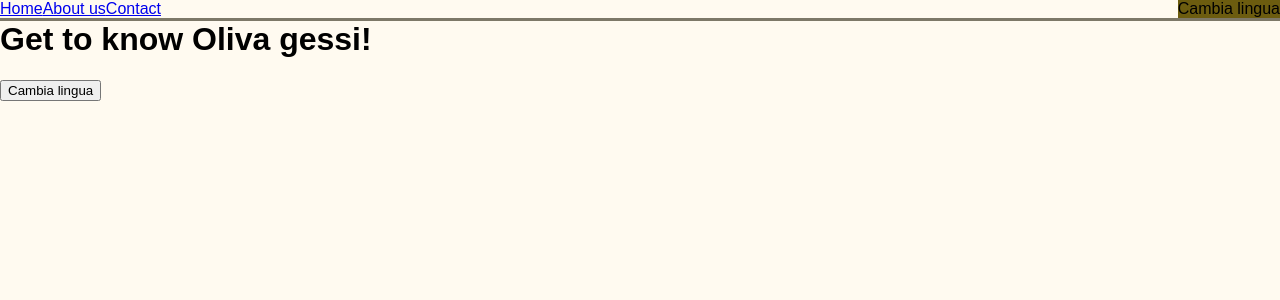
Repository: Seaside-Jokers/Oliva-gessi
Page: index.html
These files come from the project's save history. The page is drawn as it stood at one moment and after a run of saves; the edit follows.
The browser window is 1280 px wide. The pictures show the whole page.

Above is the page before, as saved 2026-02-16 19:18:15.

### index.html
<!DOCTYPE html>
<html lang="it">
<head>
    <meta charset="UTF-8">
    <title>Oliva gessi</title>
    <link rel="stylesheet" href="src/style.css">
</head>
<body>
    <nav class="navbar">
        <a href="#" data-key="home">Home</a>
        <a href="#" data-key="about">Chi siamo</a>
        <a href="#" data-key="contact">Contatti</a>
        <a onclick="changeState()" data-key="change-language" class="change-language">
            Cambia lingua</a>
    </nav>

    <h1 data-key="titolo">Vieni a conoscere Oliva Gessi!</h1>
    <button onclick="changeState()" type="button">Cambia lingua</button>

    <!-- - - - - - - - - - - - - - - - - - - - - - - - - - - - - - - - - - - - -->
    <!--                              DO NOT TOUCH                             -->
    <!-- - - - - - - - - - - - - - - - - - - - - - - - - - - - - - - - - - - - -->
    <script src="src/database_testo.js"></script>
    <script src="src/color_scheme.js"></script>
</body>

<!-- TODO: leggi questo commento e poi eliminalo per favore: quando vuoi aggiungere un nuovo testo modificalo in src/database_testo.js -->
</html>

### src/style.css
body {
    font-family: 'Montserrat', sans-serif;
    margin: 0;
    padding: 0;
    background-color: var(--colors-background);
}
.navbar {
    display: flex;
    overflow: hidden;
    background-color: var(--colors-surface);
    outline: 3px solid var(--colors-outline);
    position: fixed;
    top: 0;
    width: 100%;
}

.change-language {
    background-color: var(--colors-primary);
    color: var(--colors-onPrimary);
    border: none;
    padding: 0px, 20px;
    cursor: pointer;
    font-size: 16px;
    margin-left: auto;
}

/*
    Fonts: https://ctrl-z.it/9-font-architettura-tavole-portfolio https://material-f/
    Design: foundation.github.io/material-theme-builder/
    Fonts: Playfair Display (titoli), Montserrat (testo normale)
*/

### src/database_testo.js
const traduzioni = {
    "it": {
        titolo: "Vieni a conoscere Oliva gessi!",
        home: "Home",
        about: "Chi siamo",
        contact: "Contatti"
    },
    "en": {
        titolo: "Get to know Oliva gessi!",
        home: "Home",
        about: "About us",
        contact: "Contact"
    }
}



/* -------------------------------------------------------------------------- */
/*                                DO NOT TOUCH                                */
/* -------------------------------------------------------------------------- */
var state =  getDefaultLang();

function aggiornaInterfaccia() {
    const elementi = document.querySelectorAll('[data-key]');

    elementi.forEach(el => {
        const chiave = el.getAttribute('data-key');
        const testoTradotto = traduzioni[state][chiave];

        if (testoTradotto) {
            el.textContent = testoTradotto;
        }
    });
}

/* -------------------------------------------------------------------------- */
/*                            Cambiamenti di stato                            */
/* -------------------------------------------------------------------------- */
function getDefaultLang() {
    if(navigator.language.substring(0, 2) === "en")
        return "en";

    return "it";
}
function defaultState() {
    state = getDefaultLang();
    aggiornaInterfaccia();
    return true;
}
function changeStateTo(_state) {
    if(_state !== "it" && _state !== "en") {
        defaultState();
        return;
    }
    state = _state;
    aggiornaInterfaccia();
}
function changeState() {
    if(state === "it")
        changeStateTo("en");
    else
        changeStateTo("it");
}

document.addEventListener("DOMContentLoaded", aggiornaInterfaccia);

### src/color_scheme.js
const ThemeManager = (() => {
    const colorScheme = {
        "light": {
            "primary": "hsl(50, 76%, 24%)",
            "surfaceTint": "hsl(50, 76%, 24%)",
            "onPrimary": "hsl(0, 0%, 100%)",
            "primaryContainer": "hsl(48, 89%, 75%)",
            "onPrimaryContainer": "hsl(51, 100%, 16%)",
            "secondary": "hsl(47, 23%, 33%)",
            "onSecondary": "hsl(0, 0%, 100%)",
            "secondaryContainer": "hsl(46, 60%, 84%)",
            "onSecondaryContainer": "hsl(48, 30%, 24%)",
            "tertiary": "hsl(139, 21%, 33%)",
            "onTertiary": "hsl(0, 0%, 100%)",
            "tertiaryContainer": "hsl(134, 51%, 85%)",
            "onTertiaryContainer": "hsl(141, 28%, 24%)",
            "error": "hsl(0, 75%, 42%)",
            "onError": "hsl(0, 0%, 100%)",
            "errorContainer": "hsl(6, 100%, 92%)",
            "onErrorContainer": "hsl(356, 100%, 29%)",
            "background": "hsl(39, 100%, 97%)",
            "onBackground": "hsl(44, 22%, 10%)",
            "surface": "hsl(39, 100%, 97%)",
            "onSurface": "hsl(44, 22%, 10%)",
            "surfaceVariant": "hsl(42, 38%, 87%)",
            "onSurfaceVariant": "hsl(47, 14%, 26%)",
            "outline": "hsl(46, 9%, 45%)",
            "outlineVariant": "hsl(43, 20%, 75%)",
            "shadow": "hsl(0, 0%, 0%)",
            "scrim": "hsl(0, 0%, 0%)",
            "inverseSurface": "hsl(45, 13%, 18%)",
            "inverseOnSurface": "hsl(40, 57%, 93%)",
            "inversePrimary": "hsl(48, 60%, 65%)",
            "primaryFixed": "hsl(48, 89%, 75%)",
            "onPrimaryFixed": "hsl(48, 100%, 7%)",
            "primaryFixedDim": "hsl(48, 60%, 65%)",
            "onPrimaryFixedVariant": "hsl(51, 100%, 16%)",
            "secondaryFixed": "hsl(46, 60%, 84%)",
            "onSecondaryFixed": "hsl(48, 78%, 7%)",
            "secondaryFixedDim": "hsl(46, 34%, 73%)",
            "onSecondaryFixedVariant": "hsl(48, 30%, 24%)",
            "tertiaryFixed": "hsl(134, 51%, 85%)",
            "onTertiaryFixed": "hsl(147, 100%, 6%)",
            "tertiaryFixedDim": "hsl(135, 29%, 74%)",
            "onTertiaryFixedVariant": "hsl(141, 28%, 24%)",
            "surfaceDim": "hsl(39, 24%, 84%)",
            "surfaceBright": "hsl(39, 100%, 97%)",
            "surfaceContainerLowest": "hsl(0, 0%, 100%)",
            "surfaceContainerLow": "hsl(40, 68%, 94%)",
            "surfaceContainer": "hsl(40, 49%, 92%)",
            "surfaceContainerHigh": "hsl(42, 37%, 89%)",
            "surfaceContainerHighest": "hsl(42, 30%, 87%)"
        },
        "light-medium-contrast": {
            "primary": "hsl(51, 100%, 13%)",
            "surfaceTint": "hsl(50, 76%, 24%)",
            "onPrimary": "hsl(0, 0%, 100%)",
            "primaryContainer": "hsl(49, 61%, 30%)",
            "onPrimaryContainer": "hsl(0, 0%, 100%)",
            "secondary": "hsl(49, 38%, 17%)",
            "onSecondary": "hsl(0, 0%, 100%)",
            "secondaryContainer": "hsl(48, 20%, 38%)",
            "onSecondaryContainer": "hsl(0, 0%, 100%)",
            "tertiary": "hsl(143, 39%, 17%)",
            "onTertiary": "hsl(0, 0%, 100%)",
            "tertiaryContainer": "hsl(139, 18%, 39%)",
            "onTertiaryContainer": "hsl(0, 0%, 100%)",
            "error": "hsl(357, 100%, 23%)",
            "onError": "hsl(0, 0%, 100%)",
            "errorContainer": "hsl(2, 68%, 48%)",
            "onErrorContainer": "hsl(0, 0%, 100%)",
            "background": "hsl(39, 100%, 97%)",
            "onBackground": "hsl(44, 22%, 10%)",
            "surface": "hsl(39, 100%, 97%)",
            "onSurface": "hsl(48, 36%, 5%)",
            "surfaceVariant": "hsl(42, 38%, 87%)",
            "onSurfaceVariant": "hsl(46, 17%, 19%)",
            "outline": "hsl(44, 12%, 30%)",
            "outlineVariant": "hsl(45, 10%, 41%)",
            "shadow": "hsl(0, 0%, 0%)",
            "scrim": "hsl(0, 0%, 0%)",
            "inverseSurface": "hsl(45, 13%, 18%)",
            "inverseOnSurface": "hsl(40, 57%, 93%)",
            "inversePrimary": "hsl(48, 60%, 65%)",
            "primaryFixed": "hsl(49, 61%, 30%)",
            "onPrimaryFixed": "hsl(0, 0%, 100%)",
            "primaryFixedDim": "hsl(51, 94%, 20%)",
            "onPrimaryFixedVariant": "hsl(0, 0%, 100%)",
            "secondaryFixed": "hsl(48, 20%, 38%)",
            "onSecondaryFixed": "hsl(0, 0%, 100%)",
            "secondaryFixedDim": "hsl(49, 25%, 29%)",
            "onSecondaryFixedVariant": "hsl(0, 0%, 100%)",
            "tertiaryFixed": "hsl(139, 18%, 39%)",
            "onTertiaryFixed": "hsl(0, 0%, 100%)",
            "tertiaryFixedDim": "hsl(139, 23%, 29%)",
            "onTertiaryFixedVariant": "hsl(0, 0%, 100%)",
            "surfaceDim": "hsl(41, 16%, 76%)",
            "surfaceBright": "hsl(39, 100%, 97%)",
            "surfaceContainerLowest": "hsl(0, 0%, 100%)",
            "surfaceContainerLow": "hsl(40, 68%, 94%)",
            "surfaceContainer": "hsl(42, 37%, 89%)",
            "surfaceContainerHigh": "hsl(39, 26%, 85%)",
            "surfaceContainerHighest": "hsl(41, 19%, 81%)"
        },
        "light-high-contrast": {
            "primary": "hsl(50, 100%, 10%)",
            "surfaceTint": "hsl(50, 76%, 24%)",
            "onPrimary": "hsl(0, 0%, 100%)",
            "primaryContainer": "hsl(50, 100%, 17%)",
            "onPrimaryContainer": "hsl(0, 0%, 100%)",
            "secondary": "hsl(49, 47%, 13%)",
            "onSecondary": "hsl(0, 0%, 100%)",
            "secondaryContainer": "hsl(48, 28%, 25%)",
            "onSecondaryContainer": "hsl(0, 0%, 100%)",
            "tertiary": "hsl(146, 52%, 13%)",
            "onTertiary": "hsl(0, 0%, 100%)",
            "tertiaryContainer": "hsl(141, 27%, 25%)",
            "onTertiaryContainer": "hsl(0, 0%, 100%)",
            "error": "hsl(357, 100%, 19%)",
            "onError": "hsl(0, 0%, 100%)",
            "errorContainer": "hsl(356, 100%, 30%)",
            "onErrorContainer": "hsl(0, 0%, 100%)",
            "background": "hsl(39, 100%, 97%)",
            "onBackground": "hsl(44, 22%, 10%)",
            "surface": "hsl(39, 100%, 97%)",
            "onSurface": "hsl(0, 0%, 0%)",
            "surfaceVariant": "hsl(42, 38%, 87%)",
            "onSurfaceVariant": "hsl(0, 0%, 0%)",
            "outline": "hsl(48, 19%, 15%)",
            "outlineVariant": "hsl(47, 13%, 27%)",
            "shadow": "hsl(0, 0%, 0%)",
            "scrim": "hsl(0, 0%, 0%)",
            "inverseSurface": "hsl(45, 13%, 18%)",
            "inverseOnSurface": "hsl(0, 0%, 100%)",
            "inversePrimary": "hsl(48, 60%, 65%)",
            "primaryFixed": "hsl(50, 100%, 17%)",
            "onPrimaryFixed": "hsl(0, 0%, 100%)",
            "primaryFixedDim": "hsl(50, 100%, 12%)",
            "onPrimaryFixedVariant": "hsl(0, 0%, 100%)",
            "secondaryFixed": "hsl(48, 28%, 25%)",
            "onSecondaryFixed": "hsl(0, 0%, 100%)",
            "secondaryFixedDim": "hsl(49, 41%, 16%)",
            "onSecondaryFixedVariant": "hsl(0, 0%, 100%)",
            "tertiaryFixed": "hsl(141, 27%, 25%)",
            "onTertiaryFixed": "hsl(0, 0%, 100%)",
            "tertiaryFixedDim": "hsl(145, 43%, 16%)",
            "onTertiaryFixedVariant": "hsl(0, 0%, 100%)",
            "surfaceDim": "hsl(41, 13%, 71%)",
            "surfaceBright": "hsl(39, 100%, 97%)",
            "surfaceContainerLowest": "hsl(0, 0%, 100%)",
            "surfaceContainerLow": "hsl(40, 57%, 93%)",
            "surfaceContainer": "hsl(42, 30%, 87%)",
            "surfaceContainerHigh": "hsl(42, 21%, 82%)",
            "surfaceContainerHighest": "hsl(41, 16%, 76%)"
        },
        "dark": {
            "primary": "hsl(48, 60%, 65%)",
            "surfaceTint": "hsl(48, 60%, 65%)",
            "onPrimary": "hsl(50, 100%, 11%)",
            "primaryContainer": "hsl(51, 100%, 16%)",
            "onPrimaryContainer": "hsl(48, 89%, 75%)",
            "secondary": "hsl(46, 34%, 73%)",
            "onSecondary": "hsl(49, 42%, 15%)",
            "secondaryContainer": "hsl(48, 30%, 24%)",
            "onSecondaryContainer": "hsl(46, 60%, 84%)",
            "tertiary": "hsl(135, 29%, 74%)",
            "onTertiary": "hsl(146, 47%, 15%)",
            "tertiaryContainer": "hsl(141, 28%, 24%)",
            "onTertiaryContainer": "hsl(134, 51%, 85%)",
            "error": "hsl(6, 100%, 84%)",
            "onError": "hsl(357, 100%, 21%)",
            "errorContainer": "hsl(356, 100%, 29%)",
            "onErrorContainer": "hsl(6, 100%, 92%)",
            "background": "hsl(48, 31%, 6%)",
            "onBackground": "hsl(42, 30%, 87%)",
            "surface": "hsl(48, 31%, 6%)",
            "onSurface": "hsl(42, 30%, 87%)",
            "surfaceVariant": "hsl(47, 14%, 26%)",
            "onSurfaceVariant": "hsl(43, 20%, 75%)",
            "outline": "hsl(44, 9%, 55%)",
            "outlineVariant": "hsl(47, 14%, 26%)",
            "shadow": "hsl(0, 0%, 0%)",
            "scrim": "hsl(0, 0%, 0%)",
            "inverseSurface": "hsl(42, 30%, 87%)",
            "inverseOnSurface": "hsl(45, 13%, 18%)",
            "inversePrimary": "hsl(50, 76%, 24%)",
            "primaryFixed": "hsl(48, 89%, 75%)",
            "onPrimaryFixed": "hsl(48, 100%, 7%)",
            "primaryFixedDim": "hsl(48, 60%, 65%)",
            "onPrimaryFixedVariant": "hsl(51, 100%, 16%)",
            "secondaryFixed": "hsl(46, 60%, 84%)",
            "onSecondaryFixed": "hsl(48, 78%, 7%)",
            "secondaryFixedDim": "hsl(46, 34%, 73%)",
            "onSecondaryFixedVariant": "hsl(48, 30%, 24%)",
            "tertiaryFixed": "hsl(134, 51%, 85%)",
            "onTertiaryFixed": "hsl(147, 100%, 6%)",
            "tertiaryFixedDim": "hsl(135, 29%, 74%)",
            "onTertiaryFixedVariant": "hsl(141, 28%, 24%)",
            "surfaceDim": "hsl(48, 31%, 6%)",
            "surfaceBright": "hsl(45, 11%, 21%)",
            "surfaceContainerLowest": "hsl(47, 39%, 5%)",
            "surfaceContainerLow": "hsl(44, 22%, 10%)",
            "surfaceContainer": "hsl(49, 19%, 11%)",
            "surfaceContainerHigh": "hsl(45, 15%, 15%)",
            "surfaceContainerHighest": "hsl(46, 13%, 19%)"
        },
        "dark-medium-contrast": {
            "primary": "hsl(48, 81%, 73%)",
            "surfaceTint": "hsl(48, 60%, 65%)",
            "onPrimary": "hsl(49, 100%, 9%)",
            "primaryContainer": "hsl(49, 44%, 44%)",
            "onPrimaryContainer": "hsl(0, 0%, 0%)",
            "secondary": "hsl(46, 52%, 81%)",
            "onSecondary": "hsl(48, 56%, 11%)",
            "secondaryContainer": "hsl(47, 18%, 52%)",
            "onSecondaryContainer": "hsl(0, 0%, 0%)",
            "tertiary": "hsl(134, 44%, 83%)",
            "onTertiary": "hsl(147, 69%, 10%)",
            "tertiaryContainer": "hsl(137, 15%, 53%)",
            "onTertiaryContainer": "hsl(0, 0%, 0%)",
            "error": "hsl(7, 100%, 90%)",
            "onError": "hsl(358, 100%, 16%)",
            "errorContainer": "hsl(4, 100%, 64%)",
            "onErrorContainer": "hsl(0, 0%, 0%)",
            "background": "hsl(48, 31%, 6%)",
            "onBackground": "hsl(42, 30%, 87%)",
            "surface": "hsl(48, 31%, 6%)",
            "onSurface": "hsl(0, 0%, 100%)",
            "surfaceVariant": "hsl(47, 14%, 26%)",
            "onSurfaceVariant": "hsl(43, 31%, 84%)",
            "outline": "hsl(42, 14%, 67%)",
            "outlineVariant": "hsl(44, 9%, 55%)",
            "shadow": "hsl(0, 0%, 0%)",
            "scrim": "hsl(0, 0%, 0%)",
            "inverseSurface": "hsl(42, 30%, 87%)",
            "inverseOnSurface": "hsl(45, 15%, 15%)",
            "inversePrimary": "hsl(50, 100%, 17%)",
            "primaryFixed": "hsl(48, 89%, 75%)",
            "onPrimaryFixed": "hsl(46, 100%, 4%)",
            "primaryFixedDim": "hsl(48, 60%, 65%)",
            "onPrimaryFixedVariant": "hsl(51, 100%, 13%)",
            "secondaryFixed": "hsl(46, 60%, 84%)",
            "onSecondaryFixed": "hsl(46, 100%, 4%)",
            "secondaryFixedDim": "hsl(46, 34%, 73%)",
            "onSecondaryFixedVariant": "hsl(49, 38%, 17%)",
            "tertiaryFixed": "hsl(134, 51%, 85%)",
            "onTertiaryFixed": "hsl(143, 100%, 4%)",
            "tertiaryFixedDim": "hsl(135, 29%, 74%)",
            "onTertiaryFixedVariant": "hsl(143, 39%, 17%)",
            "surfaceDim": "hsl(48, 31%, 6%)",
            "surfaceBright": "hsl(43, 11%, 25%)",
            "surfaceContainerLowest": "hsl(40, 50%, 2%)",
            "surfaceContainerLow": "hsl(44, 21%, 10%)",
            "surfaceContainer": "hsl(49, 15%, 14%)",
            "surfaceContainerHigh": "hsl(45, 13%, 18%)",
            "surfaceContainerHighest": "hsl(42, 11%, 23%)"
        },
        "dark-high-contrast": {
            "primary": "hsl(47, 100%, 86%)",
            "surfaceTint": "hsl(48, 60%, 65%)",
            "onPrimary": "hsl(0, 0%, 0%)",
            "primaryContainer": "hsl(48, 57%, 63%)",
            "onPrimaryContainer": "hsl(44, 100%, 3%)",
            "secondary": "hsl(46, 89%, 89%)",
            "onSecondary": "hsl(0, 0%, 0%)",
            "secondaryContainer": "hsl(46, 32%, 71%)",
            "onSecondaryContainer": "hsl(44, 100%, 3%)",
            "tertiary": "hsl(134, 80%, 90%)",
            "onTertiary": "hsl(0, 0%, 0%)",
            "tertiaryContainer": "hsl(135, 28%, 72%)",
            "onTertiaryContainer": "hsl(140, 100%, 3%)",
            "error": "hsl(8, 100%, 96%)",
            "onError": "hsl(0, 0%, 0%)",
            "errorContainer": "hsl(7, 100%, 82%)",
            "onErrorContainer": "hsl(358, 100%, 7%)",
            "background": "hsl(48, 31%, 6%)",
            "onBackground": "hsl(42, 30%, 87%)",
            "surface": "hsl(48, 31%, 6%)",
            "onSurface": "hsl(0, 0%, 100%)",
            "surfaceVariant": "hsl(47, 14%, 26%)",
            "onSurfaceVariant": "hsl(0, 0%, 100%)",
            "outline": "hsl(42, 62%, 92%)",
            "outlineVariant": "hsl(42, 18%, 74%)",
            "shadow": "hsl(0, 0%, 0%)",
            "scrim": "hsl(0, 0%, 0%)",
            "inverseSurface": "hsl(42, 30%, 87%)",
            "inverseOnSurface": "hsl(0, 0%, 0%)",
            "inversePrimary": "hsl(50, 100%, 17%)",
            "primaryFixed": "hsl(48, 89%, 75%)",
            "onPrimaryFixed": "hsl(0, 0%, 0%)",
            "primaryFixedDim": "hsl(48, 60%, 65%)",
            "onPrimaryFixedVariant": "hsl(46, 100%, 4%)",
            "secondaryFixed": "hsl(46, 60%, 84%)",
            "onSecondaryFixed": "hsl(0, 0%, 0%)",
            "secondaryFixedDim": "hsl(46, 34%, 73%)",
            "onSecondaryFixedVariant": "hsl(46, 100%, 4%)",
            "tertiaryFixed": "hsl(134, 51%, 85%)",
            "onTertiaryFixed": "hsl(0, 0%, 0%)",
            "tertiaryFixedDim": "hsl(135, 29%, 74%)",
            "onTertiaryFixedVariant": "hsl(143, 100%, 4%)",
            "surfaceDim": "hsl(48, 31%, 6%)",
            "surfaceBright": "hsl(46, 8%, 30%)",
            "surfaceContainerLowest": "hsl(0, 0%, 0%)",
            "surfaceContainerLow": "hsl(49, 19%, 11%)",
            "surfaceContainer": "hsl(45, 13%, 18%)",
            "surfaceContainerHigh": "hsl(45, 11%, 22%)",
            "surfaceContainerHighest": "hsl(46, 10%, 26%)"
        }
    };

    let currentColorScheme = null;
    const STORAGE_KEY = 'user-color-scheme';
    const listeners = [];

    /**
     * Estrae il livello di contrasto dallo schema corrente
     * @param {string} scheme - Nome dello schema (es. 'dark-high-contrast')
     * @returns {string} Il livello di contrasto ('', 'medium-contrast', 'high-contrast')
     */
    function getContrastLevel(scheme) {
        if (scheme.includes('high-contrast')) return 'high-contrast';
        if (scheme.includes('medium-contrast')) return 'medium-contrast';
        return '';
    }

    /**
     * Ottiene lo schema colore preferito dal sistema operativo
     * @returns {string} 'dark' o 'light'
     */
    function getBrowserColorScheme() {
        if (window.matchMedia?.('(prefers-color-scheme: dark)').matches) {
            return 'dark';
        }
        return 'light';
    }

    /**
     * Aggiorna le variabili CSS con i colori dello schema corrente
     */
    function updateThemeColors() {
        const colors = colorScheme[currentColorScheme];
        if (!colors) {
            console.error(`Impossibile trovare i colori per lo schema: ${currentColorScheme}`);
            return;
        }

        const root = document.documentElement;

        // Applica ogni colore come variabile CSS
        for (const [key, value] of Object.entries(colors)) {
            const cssVarName = key.replace(/([A-Z])/g, '-$1').toLowerCase();
            root.style.setProperty(`--colors-${cssVarName}`, value);
        }

        // Notifica i listener del cambio tema
        notifyListeners(currentColorScheme);
    }

    /**
     * Cambia lo schema colore
     * @param {string} scheme - Nome dello schema da applicare
     * @returns {boolean} True se il cambio è avvenuto con successo
     */
    function changeColorScheme(scheme) {
        if (!colorScheme[scheme]) {
            console.error(`Schema colore non valido: ${scheme}`);
            return false;
        }

        currentColorScheme = scheme;
        updateThemeColors();

        // Salva la preferenza in localStorage
        try {
            localStorage.setItem(STORAGE_KEY, scheme);
        } catch (e) {
            console.warn('Impossibile salvare le preferenze tema:', e);
        }

        return true;
    }

    /**
     * Alterna tra modalità chiara e scura mantenendo il livello di contrasto
     */
    function toggleLightDark() {
        const isDark = currentColorScheme.startsWith('dark');
        const contrastLevel = getContrastLevel(currentColorScheme);

        const newScheme = isDark
            ? (contrastLevel ? `light-${contrastLevel}` : 'light')
            : (contrastLevel ? `dark-${contrastLevel}` : 'dark');

        changeColorScheme(newScheme);
    }

    /**
     * Imposta lo schema colore con livello di contrasto opzionale
     * @param {string} scheme - 'light' o 'dark'
     * @param {string} contrastLevel - '', 'medium-contrast' o 'high-contrast'
     */
    function setColorScheme(scheme, contrastLevel = '') {
        const fullScheme = contrastLevel ? `${scheme}-${contrastLevel}` : scheme;
        changeColorScheme(fullScheme);
    }

    /**
     * Registra un listener per i cambiamenti di tema
     * @param {Function} callback - Funzione chiamata quando il tema cambia
     * @returns {Function} Funzione per rimuovere il listener
     */
    function addThemeChangeListener(callback) {
        if (typeof callback !== 'function') {
            console.error('Il listener deve essere una funzione');
            return () => {};
        }

        listeners.push(callback);

        // Restituisce funzione per rimuovere il listener
        return () => {
            const index = listeners.indexOf(callback);
            if (index > -1) {
                listeners.splice(index, 1);
            }
        };
    }

    /**
     * Notifica tutti i listener del cambio tema
     * @param {string} newScheme - Il nuovo schema applicato
     */
    function notifyListeners(newScheme) {
        listeners.forEach(callback => {
            try {
                callback(newScheme);
            } catch (e) {
                console.error('Errore nel listener del tema:', e);
            }
        });
    }

    /**
     * Resetta le preferenze salvate e torna allo schema di sistema
     */
    function resetToSystemPreference() {
        try {
            localStorage.removeItem(STORAGE_KEY);
        } catch (e) {
            console.warn('Impossibile rimuovere le preferenze salvate:', e);
        }

        const systemScheme = getBrowserColorScheme();
        changeColorScheme(systemScheme);
    }

    /**
     * Ottiene tutti gli schemi disponibili
     * @returns {string[]} Array con i nomi di tutti gli schemi disponibili
     */
    function getAvailableSchemes() {
        return Object.keys(colorScheme);
    }

    /**
     * Verifica se lo schema corrente è scuro
     * @returns {boolean} True se il tema corrente è scuro
     */
    function isDarkMode() {
        return currentColorScheme?.startsWith('dark') ?? false;
    }

    /**
     * Inizializza il sistema di gestione temi
     */
    function init() {
        // 1. Cerca una preferenza salvata
        let savedScheme = null;
        try {
            savedScheme = localStorage.getItem(STORAGE_KEY);
        } catch (e) {
            console.warn('Impossibile leggere le preferenze tema:', e);
        }

        // 2. Usa quella salvata se valida, altrimenti usa quella del sistema
        const initialScheme = savedScheme && colorScheme[savedScheme]
            ? savedScheme
            : getBrowserColorScheme();

        changeColorScheme(initialScheme);

        // 3. Ascolta i cambiamenti di preferenza di sistema
        const mediaQuery = window.matchMedia?.('(prefers-color-scheme: dark)');
        if (mediaQuery) {
            mediaQuery.addEventListener('change', (e) => {
                // Aggiorna solo se non c'è una preferenza salvata dall'utente
                try {
                    const hasSavedPreference = localStorage.getItem(STORAGE_KEY);
                    if (!hasSavedPreference) {
                        const systemScheme = e.matches ? 'dark' : 'light';
                        const contrastLevel = getContrastLevel(currentColorScheme);
                        setColorScheme(systemScheme, contrastLevel);
                    }
                } catch (err) {
                    console.warn('Errore nella gestione del cambio tema di sistema:', err);
                }
            });
        }
    }

    // Espone l'API pubblica
    return {
        init,
        changeColorScheme,
        toggleLightDark,
        setColorScheme,
        getCurrentScheme: () => currentColorScheme,
        getAvailableSchemes,
        isDarkMode,
        addThemeChangeListener,
        resetToSystemPreference
    };
})();

// Inizializza automaticamente quando il DOM è pronto
if (document.readyState === 'loading') {
    document.addEventListener('DOMContentLoaded', ThemeManager.init);
} else {
    ThemeManager.init();
}

After the next 3 saves:
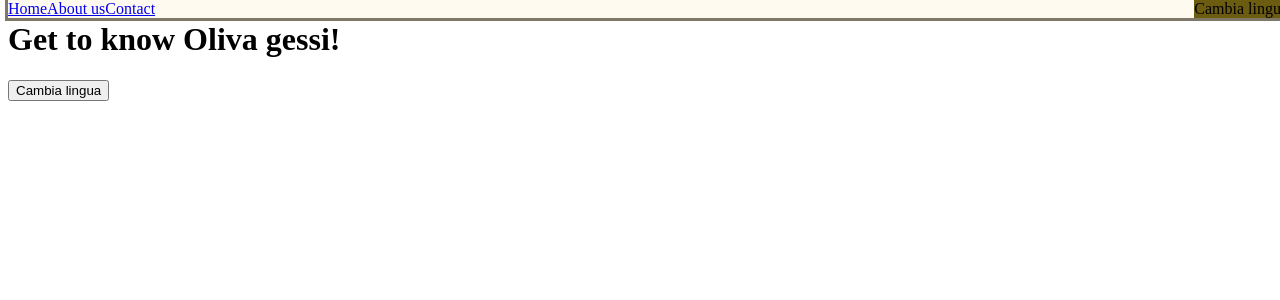
The 3 saves are shown as one change because they came seconds apart.
The last was saved 29 s later.
--- a/src/style.css
+++ b/src/style.css
@@ -1,3 +1,5 @@
+const base-font = "Montserrat", sans-serif;
+
 body {
     font-family: 'Montserrat', sans-serif;
     margin: 0;

After the 4 saves that followed:
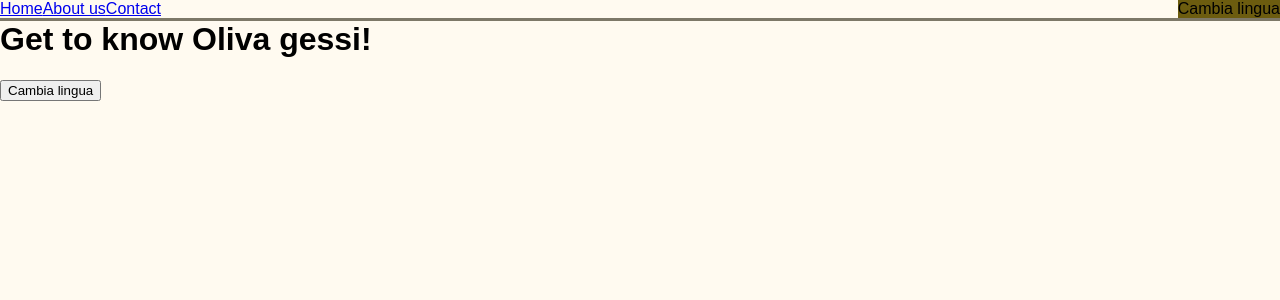
The 4 saves are shown as one change because 1 left the picture as it was and some came seconds apart.
The last was saved 12 s later.
--- a/src/style.css
+++ b/src/style.css
@@ -1,5 +1,3 @@
-const base-font = "Montserrat", sans-serif;
-
 body {
     font-family: 'Montserrat', sans-serif;
     margin: 0;
